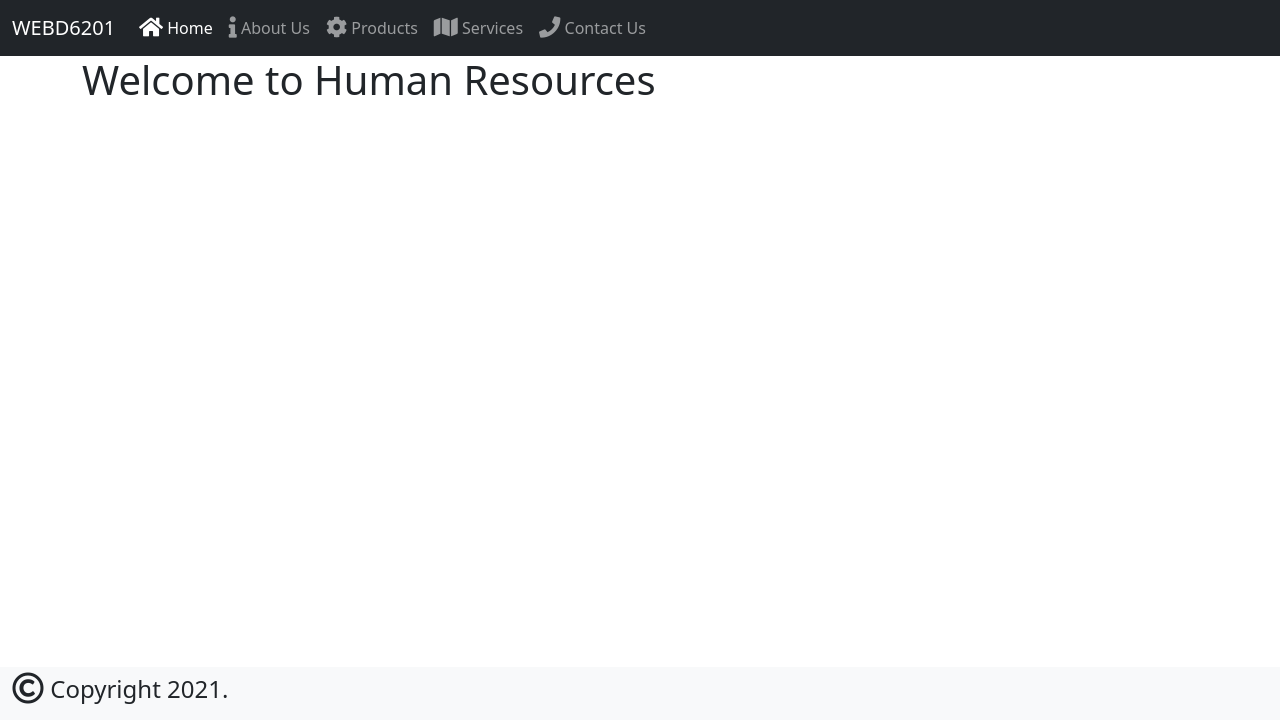
Repository: YiuWingLau/WEBD6201-W2021-Lab1
Page: human-resources.html
The author's editor kept a copy of each file at every save. The page is drawn from the files as they stood at one save, then again after the next save.
The browser window is 1280 px wide. The pictures show the whole page.

Above is the page before, as saved 2021-02-03 23:20:17.
Console error: ReferenceError: CorrectName is not defined

### human-resources.html
<!DOCTYPE html>
<html lang="en">
<head>
    <meta charset="UTF-8">
    <meta name="viewport" content="width=device-width, initial-scale=1.0">
    <title>Human Resources</title>

    <!--CSS Section -->
    <link rel="stylesheet" href="./node_modules/bootstrap/dist/css/bootstrap.min.css">
    <link rel="stylesheet" href="./node_modules/@fortawesome//fontawesome-free/css/all.min.css">
    <link rel="stylesheet" href="./Content/app.css">
</head>
<body>
    <!-- Main Header-->
    <header>
      <!-- Main Navigation-->
        <nav class="navbar navbar-expand-lg navbar-dark bg-dark">
            <div class="container-fluid">
              <a class="navbar-brand" href="index.html">WEBD6201</a>
              <button class="navbar-toggler" type="button" data-bs-toggle="collapse" data-bs-target="#navbarSupportedContent" aria-controls="navbarSupportedContent" aria-expanded="false" aria-label="Toggle navigation">
                <span class="navbar-toggler-icon"></span>
              </button>
              <div class="collapse navbar-collapse" id="navbarSupportedContent">
                <ul class="navbar-nav me-auto mb-2 mb-lg-0">

                    <li class="nav-item">
                      <a id="navBarIndex" class="nav-link active" aria-current="page" href="index.html"><i class="fas fa-home fa-lg"></i> Home</a>
                    </li>

                    <li class="nav-item">
                      <a id="navBarAbout" class="nav-link" aria-current="page" href="about.html"><i class="fas fa-info fa-lg"></i> About Us</a>
                    </li>
                    <li class="nav-item">
                      <a id="navBarProjects" class="nav-link" aria-current="page" href="products.html"><i class="fas fa-cog fa-lg"></i> Products</a>
                    </li>
                    <li class="nav-item">
                      <a id="navBarServices" class="nav-link" aria-current="page" href="services.html"><i class="fas fa-map fa-lg"></i> Services</a>
                    </li>
                    <li class="nav-item">
                      <a id="navBarContact"class="nav-link" aria-current="page" href="contact.html"><i class="fas fa-phone fa-lg"></i> Contact Us</a>
                    </li>
                </ul>
              </div>
            </div>
        </nav>
    </header>
    <!-- Main Content -->
    <main class="container">
        <h1>Welcome to Human Resources</h1>
    </main>
    <!-- Main Footer -->
    <footer>
        <nav class="navbar fixed-bottom navbar-light bg-light">
            <div class="container-fluid">
              <h4><i class="far fa-copyright fa-lg"></i> Copyright 2021.</a></h4>
            </div>
        </nav>
    </footer>
    <!-- JavaScript Section -->
    <script src="./node_modules/jquery/dist/jquery.min.js"></script>
    <script src="./node_modules/bootstrap/dist/js/bootstrap.bundle.min.js"></script>
    <script src="./Scripts/app.js"></script>
</body>
</html>

### Content/app.css
body {
    background-color: powerblue;
}

### Scripts/app.js
/* custom JavaScript goes here */

//IIFE - Immediately Invoked Function Expression
//AKA - Anonymous Self-Executing Function
//Closure - limits scope leak

"use strict";

(function()
{
    function displayHome()
    {
        let paragraphOneText =
          "This is a simple site to demonstrate DOM Manipulation for ICE 1";

        let paragraphOneElement = document.getElementById("paragraphOne");

        paragraphOneElement.textContent = paragraphOneText;
        paragraphOneElement.className = "fs-5";

        // Step 1. document.createElement
        let newParagraph = document.createElement("p");
        // Step 2. configure the element
        newParagraph.setAttribute("id", "paragraphTwo");
        newParagraph.textContent = "...And this is paragraph two";
        // Step 3. select the parent element
        let mainContent = document.getElementsByTagName("main")[0];
        // Step 4. Add / Insert the element
        mainContent.appendChild(newParagraph);
        newParagraph.className = "fs-6";

        // another way of injecting content
        let paragraphDiv = document.createElement("div");
        let paragraphThree = `<p id="paragraphThree" class="fs-7 fw-bold">And this is the Third Paragraph</p>`;
        paragraphDiv.innerHTML = paragraphThree;

        // insertions

        // example of inserting before a node
        //newParagraph.before(paragraphDiv);

        // example of inserting after a node
        newParagraph.after(paragraphDiv);

        // deletions

        // example of removing a single element
        //paragraphOneElement.remove();

        // example of removeChild
        mainContent.removeChild(paragraphOneElement);
        // update / modification
        //mainContent.firstElementChild.textContent = "Welcome Home!";

        mainContent.innerHTML = `<h1 id="firstHeading">Welcome to Nelson's web page</h1>
         <p id="paragraphOne" class="fs-3 fw-bold">This is my home page, I'm welcome everyone to visit my site.</p>
        `;

    }

    function displayAbout()
    {
                // Step 1. document.createElement
                let newParagraph = document.createElement("p");


                let myPicture = `<img src="./images/img_me.jpg" alt="Nelson Lau">`;

                // Step 2. configure the element
                newParagraph.setAttribute("id", "introducemyself");
                newParagraph.textContent = "Hi~ My name is Nelson Lau. I am a computer programmer student, studied at durham college.";
                // Step 3. select the parent element
                let mainContent = document.getElementsByTagName("main")[0];
                // Step 4. Add / Insert the element
                mainContent.appendChild(newParagraph);
                newParagraph.className = "fs-6";
                mainContent.innerHTML = myPicture;
    }

    function displayProjects()
    {
        // Step 1. document.createElement
        let newParagraph = document.createElement("p");
        // Step 2. configure the element
        newParagraph.setAttribute("id", "myprojects");
        newParagraph.textContent = "Here are my famourite projects.";
        // Step 3. select the parent element
        let mainContent = document.getElementsByTagName("main")[0];
        // Step 4. Add / Insert the element
        mainContent.appendChild(newParagraph);
        newParagraph.className = "fs-6";
    }

    function displayHumanResources()
    {

    }

    function displayServices()
    {

        // another way of injecting content
        let paragraphDiv = document.createElement("div");
        let paragraphThree = `<p id="paragraphThree" class="fs-7 fw-bold">And this is the Third Paragraph</p>`;
        paragraphDiv.innerHTML = paragraphThree;

        // insertions

        // example of inserting before a node
        // newParagraph.before(paragraphDiv);

        // example of inserting after a node
        newParagraph.after(paragraphDiv);

        // deletions

        // example of removing a single element
        //paragraphOneElement.remove();

        // example of removeChild
       // mainContent.removeChild(paragraphOneElement);
        // update / modification
        //mainContent.firstElementChild.textContent = "Welcome Home!";
    }

    function displayContact()
    {
        let messageArea = document.getElementById("messageArea");
        messageArea.hidden = true;

        // form validation
        let fullName = document.getElementById("fullName");
        fullName.addEventListener("blur", function() {
            if(fullName.value.length < 2)
            {
                fullName.focus();
                fullName.select();
                messageArea.hidden = false;
                messageArea.className = "alert alert-danger";
                messageArea.textContent = "Please enter an appropriate Name";
            }
            else
            {
                messageArea.removeAttribute("class");
                messageArea.hidden = true;
            }
        });

        let sendButton = document.getElementById("sendButton");
        sendButton.addEventListener("click", function(event){
            //event.preventDefault();

            let contact = new Contact(fullName.value, contactNumber.value, emailAddress.value);

            if(contact.serialize())
            {
              localStorage.setItem((localStorage.length + 1).toString(), contact.serialize());
            }

        });
    }

    function displayContactList()
    {
      if (localStorage.length > 0)
      {
        let contactList = document.getElementById("contactList");

        let data = "";

        for (let index = 0; index < localStorage.length; index++)
        {
          let contactData = localStorage.getItem((index + 1).toString());

          let contact = new Contact();
          contact.deserialize(contactData);

          data += `<tr>
          <th scope="row">${index + 1}</th>
          <td>${contact.FullName}</td>
          <td>${contact.ContactNumber}</td>
          <td>${contact.EmailAddress}</td>
        </tr>`;
        }

        contactList.innerHTML = data;
      }
    }

    function changeNavBarName()
    {
        let NavName = document.getElementById("navBarProjects");
        let correctName = document.createElement("a");
        correctName.innerHTML = '<i class="fas fa-cog fa-lg"></i> Projects';
        NavName.parentNode.replaceChild(CorrectName, NavName);
        //document.open("text/html","replace");
        //document.write("<a class='nav-link' aria-current='page' href='products.html'><i class="fas fa-cog fa-lg"></i> Products</a>");
    }

    function Start()
    {
        console.log("App Started...");

        changeNavBarName();

        //<a id="navbarSupportedContent">Projects</a>
        //let navBarElement = getElementById("navbarSupportedContent");

        document.getElementById("navBarProjects").href = "projects.html";
        document.getElementById("navBarProjects").text = " Projects";
        //document.getElementById("navBarProjects").setAttribute("class", "fas fa-cog fa-lg");


        switch (document.title)
        {
          case "Home":
              displayHome();
            break;
          case "About":
              displayAbout();
            break;
          case "Projects":
              displayProjects();
            break;
          case "Human Resources":
              displayHumanResources();
            break;
          case "Services":
              displayServices();
            break;
          case "Contact":
              displayContact();
            break;
          case "Contact-List":
            displayContactList();
          break;
        }

    }

    window.addEventListener("load", Start);

})();

Loaded but not shown: node_modules/bootstrap/dist/css/bootstrap.min.css (library); node_modules/@fortawesome/fontawesome-free/css/all.min.css (library); node_modules/jquery/dist/jquery.min.js (library); node_modules/bootstrap/dist/js/bootstrap.bundle.min.js (library)

After the next save:
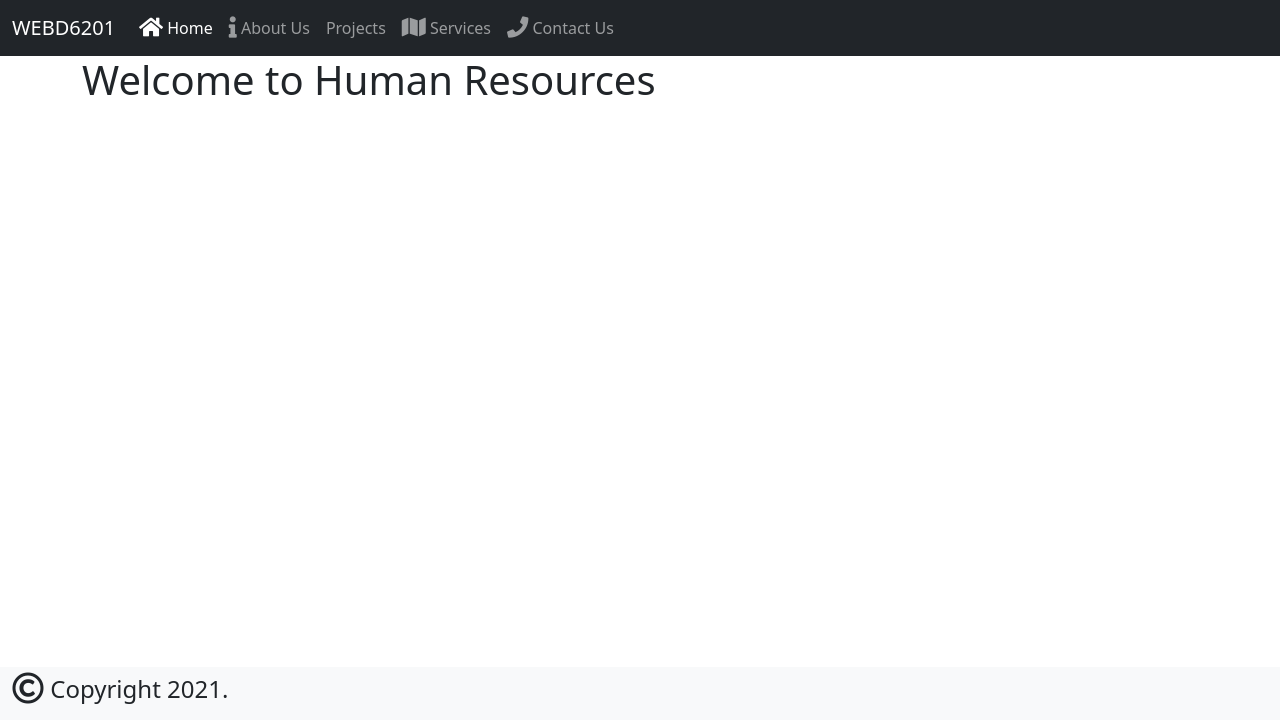
The error is gone.
Saved 26 min 56 s later.
--- a/Scripts/app.js
+++ b/Scripts/app.js
@@ -190,9 +190,8 @@
     function changeNavBarName()
     {
         let NavName = document.getElementById("navBarProjects");
-        let correctName = document.createElement("a");
-        correctName.innerHTML = '<i class="fas fa-cog fa-lg"></i> Projects';
-        NavName.parentNode.replaceChild(CorrectName, NavName);
+        NavName.href = "Project.html";
+        NavName.textContent = "<i class='fas fa-cog fa-lg'></i> Products</a>";
         //document.open("text/html","replace");
         //document.write("<a class='nav-link' aria-current='page' href='products.html'><i class="fas fa-cog fa-lg"></i> Products</a>");
     }
